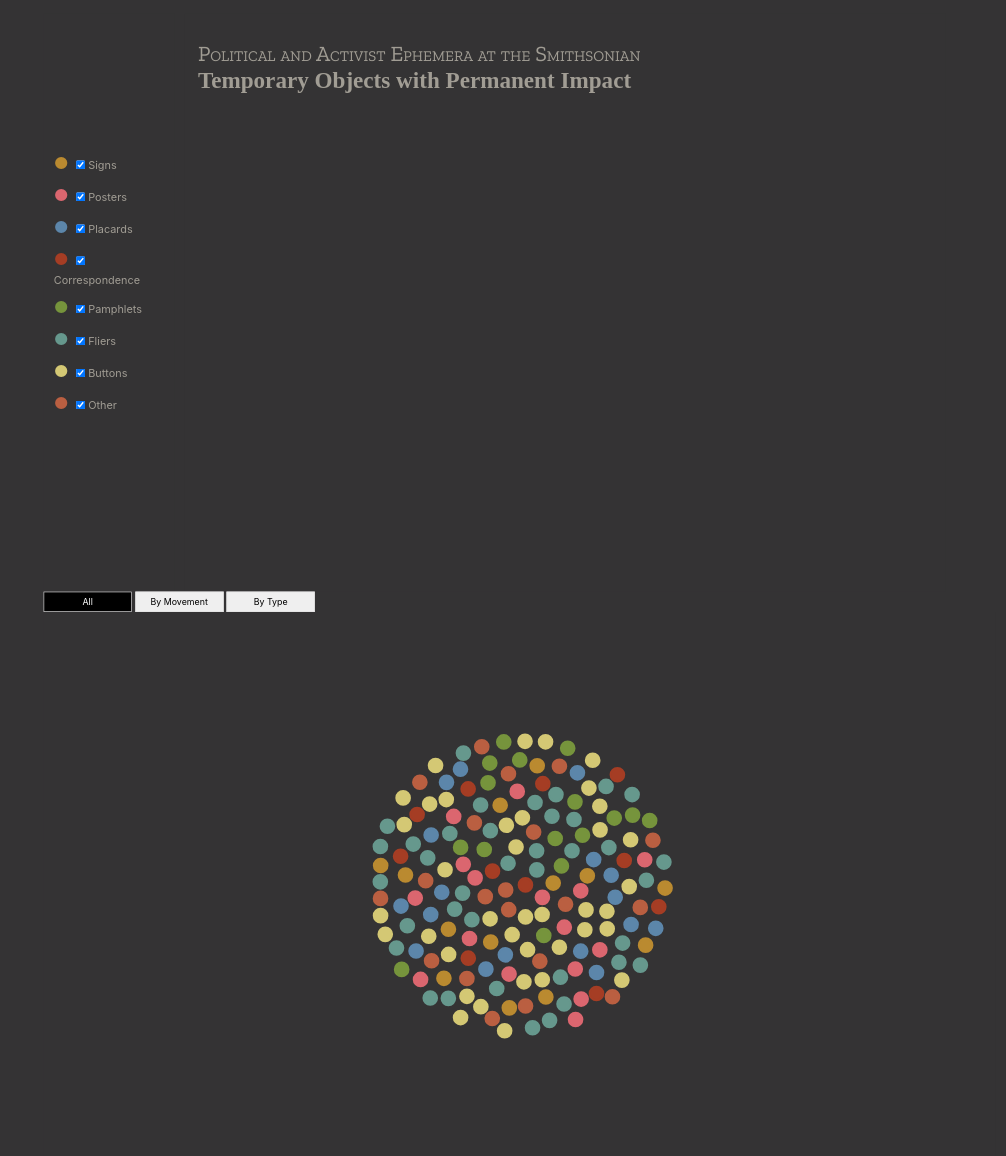
Repository: m0llyc00k/Major-studio-1
Page: Final/index.html
The author's editor kept a record of every edit. The page is drawn from the files as they stood at one moment, then again after the next edit.
The browser window is 1280 px wide. The page is 1479 px wide, so the pictures cover 1479 px, including what lies to the right of the window. The pictures show the whole page, at 68% of full size.
The page's requests for data from a server got no answer. Some web fonts or font styles are not loaded; a fallback is used.

Above is the page before.

After the next edit:
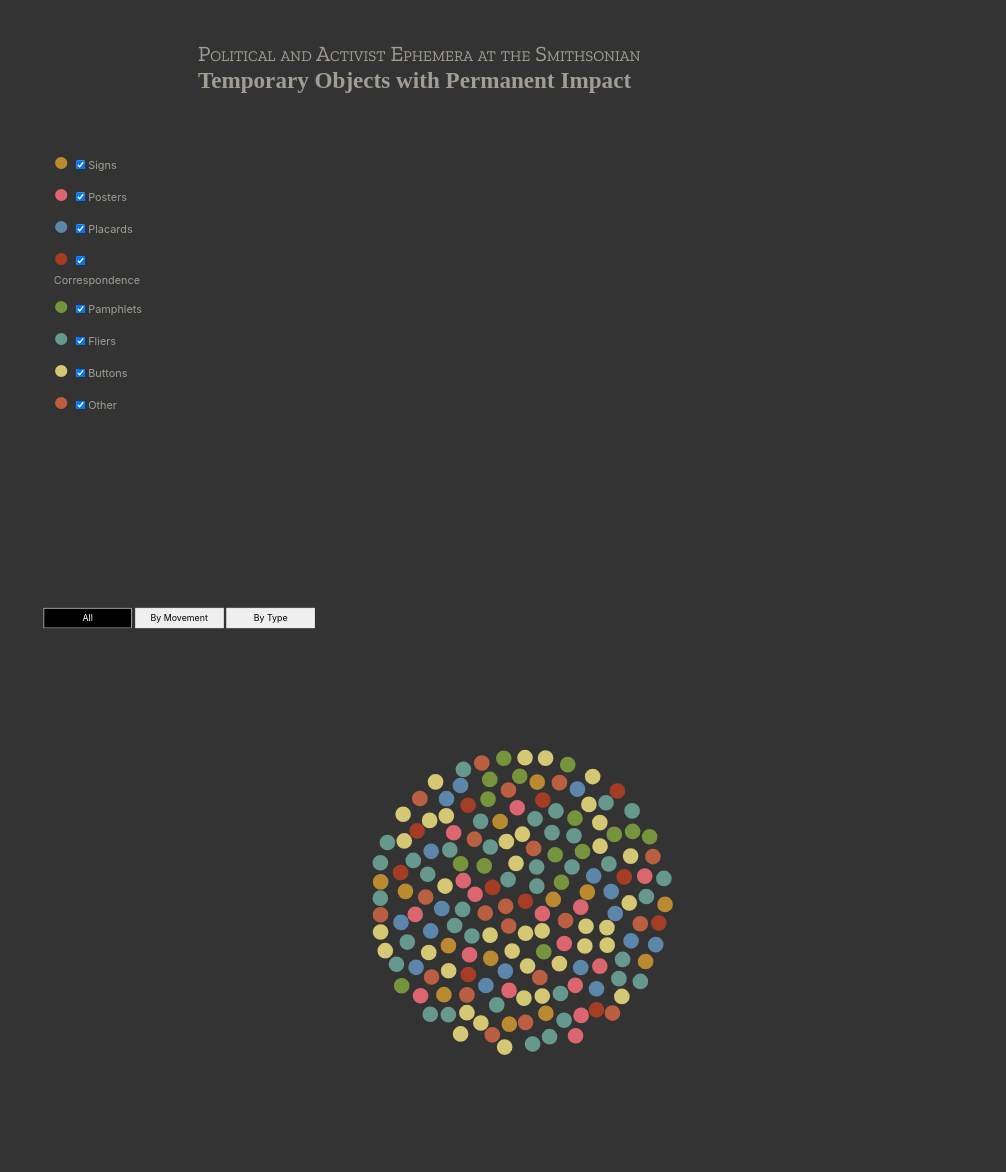
The edit:
--- a/Final/index.html
+++ b/Final/index.html
@@ -81,7 +81,8 @@
         }
 
         div.tooltip {
-            position: fixed;
+            /*position: fixed;*/
+              position: relative;
             text-align: left;
             color: #efefef;
             white-space: normal;
